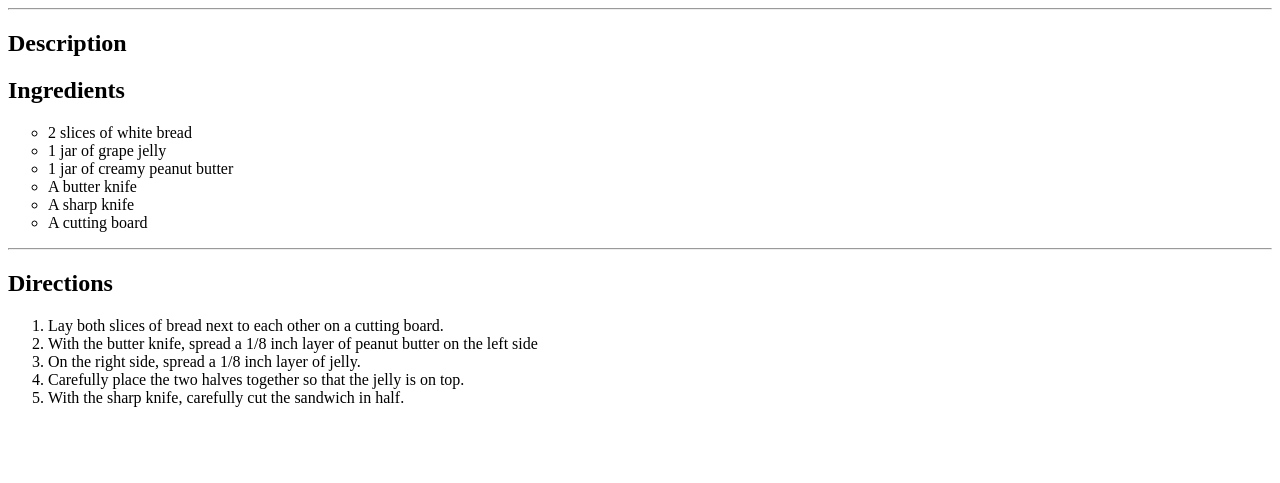
Repository: 9-5-pursuit/lab-intro-to-html
Page: recipe.html
These files come from the project's save history. The page is drawn as it stood at one moment and after the next save; the edit follows.
The browser window is 1280 px wide. The pictures show the whole page.

Above is the page before, as saved 2023-02-28 08:27:08.

### recipe.html
<!DOCTYPE html>
<html lang="en">
  <head>
    <meta charset="UTF-8" />
    <meta http-equiv="X-UA-Compatible" content="IE=edge" />
    <meta name="viewport" content="width=device-width, initial-scale=1.0" />
    <title>The Perfect Sandwich</title>
  </head>
  <body>
    <div id= "header" class="header">
      <!-- https://www.seriouseats.com/pbj-a-serious-eats-special-rep -->
      <hr />
    </div>
    <main> <div><h2>Description</h2><p></p></div>
      <div>
        <h2>Ingredients</h2>
        <ul type="circle" >
          <li>2 slices of white bread</li>
          <li>1 jar of grape jelly</li>
          <li>1 jar of creamy peanut butter</li>
          <li>A butter knife</li>
          <li>A sharp knife</li>
          <li>A cutting board</li>
        </ul>
      </div>
      <hr />
      <div>
        <h2>Directions</h2>
        <ol >
          <li>
            Lay both slices of bread next to each other on a cutting board.
          </li>
          <li>
            With the butter knife, spread a 1/8 inch layer of peanut butter on
            the left side
          </li>
          <li>On the right side, spread a 1/8 inch layer of jelly.</li>
          <li>
            Carefully place the two halves together so that the jelly is on top.
          </li>
          <li>With the sharp knife, carefully cut the sandwich in half.</li>
        </ol>
      </div>
    </main>
  </body>
</html>

After the next save:
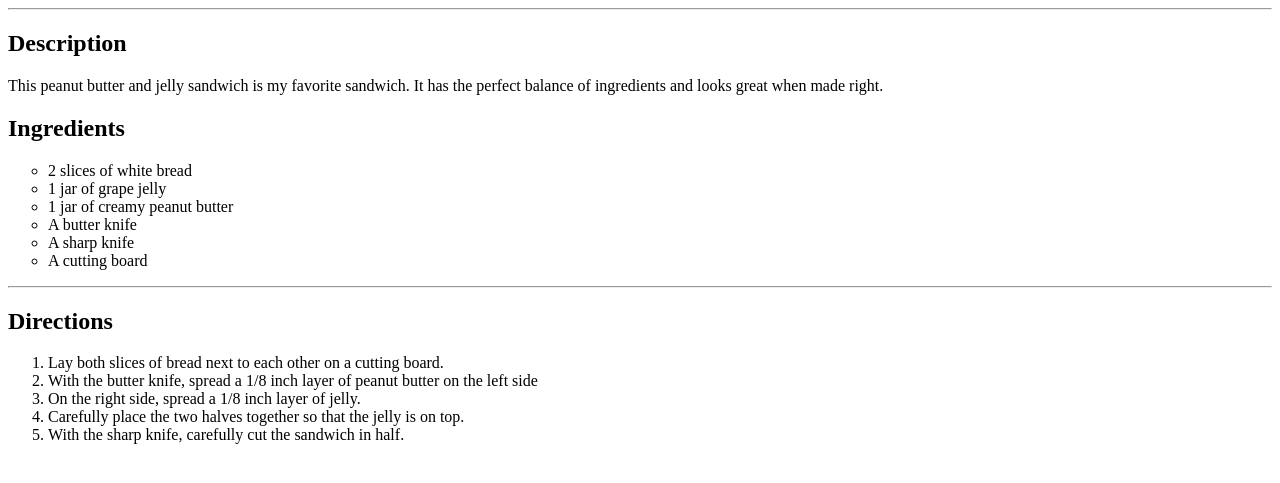
Saved 17 s later.
--- a/recipe.html
+++ b/recipe.html
@@ -11,7 +11,7 @@
       <!-- https://www.seriouseats.com/pbj-a-serious-eats-special-rep -->
       <hr />
     </div>
-    <main> <div><h2>Description</h2><p></p></div>
+    <main> <div><h2>Description</h2><p>This peanut butter and jelly sandwich is my favorite sandwich. It has the  perfect balance of ingredients and looks great when made right.</p></div>
       <div>
         <h2>Ingredients</h2>
         <ul type="circle" >
